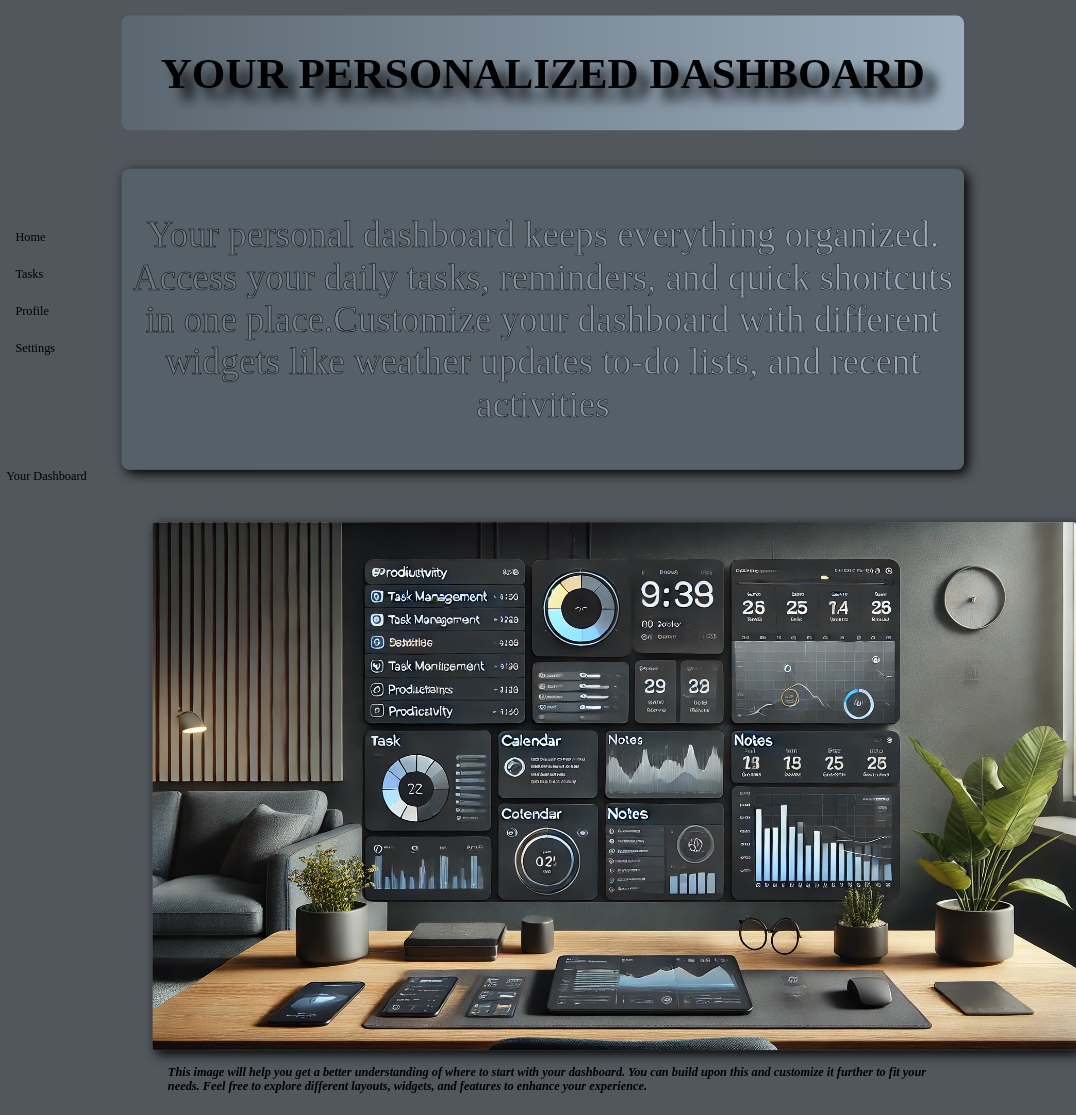
Repository: Parnicoza/testecomplete
Page: testcomplet-14.html
These files come from the project's save history. The page is drawn as it stood at one moment and after the next save; the edit follows.
The browser window is 1280 px wide. The page is 1398 px wide, so the pictures cover 1398 px, including what lies to the right of the window. The pictures show the whole page, at 77% of full size.

Above is the page before, as saved 2025-02-26 18:37:36.

After the next save:
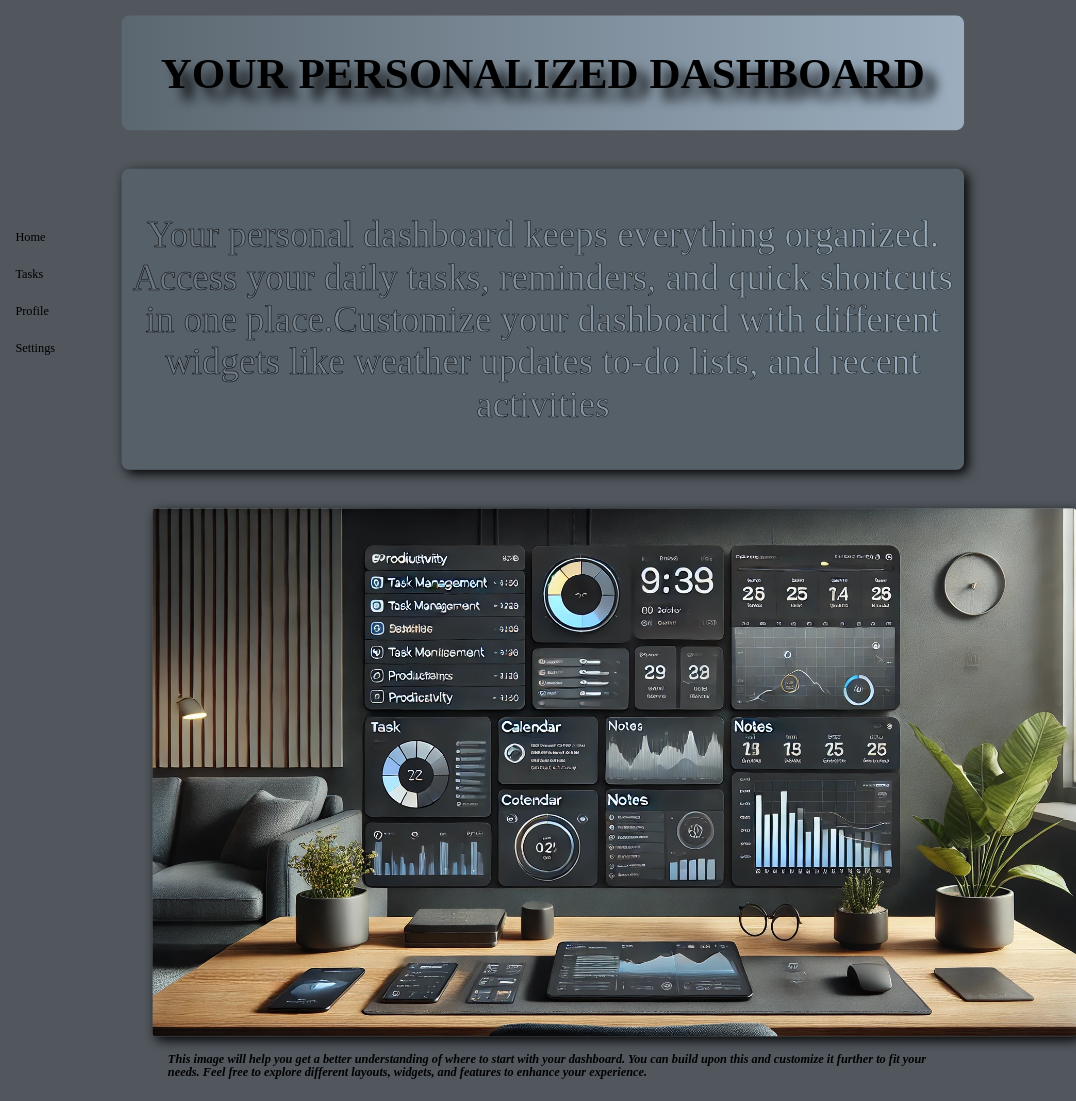
Saved 78 s later.
--- a/testcomplet-14.html
+++ b/testcomplet-14.html
@@ -18,7 +18,6 @@
             updates to-do lists, and recent activities</p>
     </div>
 
-    <caption class="caption">Your Dashboard</caption>
     <div class="divimage">
         <figure>
             <img src="imaginitestecomplete/productivity.jpg" alt="productivity image" width="1200" class="image" title="Productivity image">
